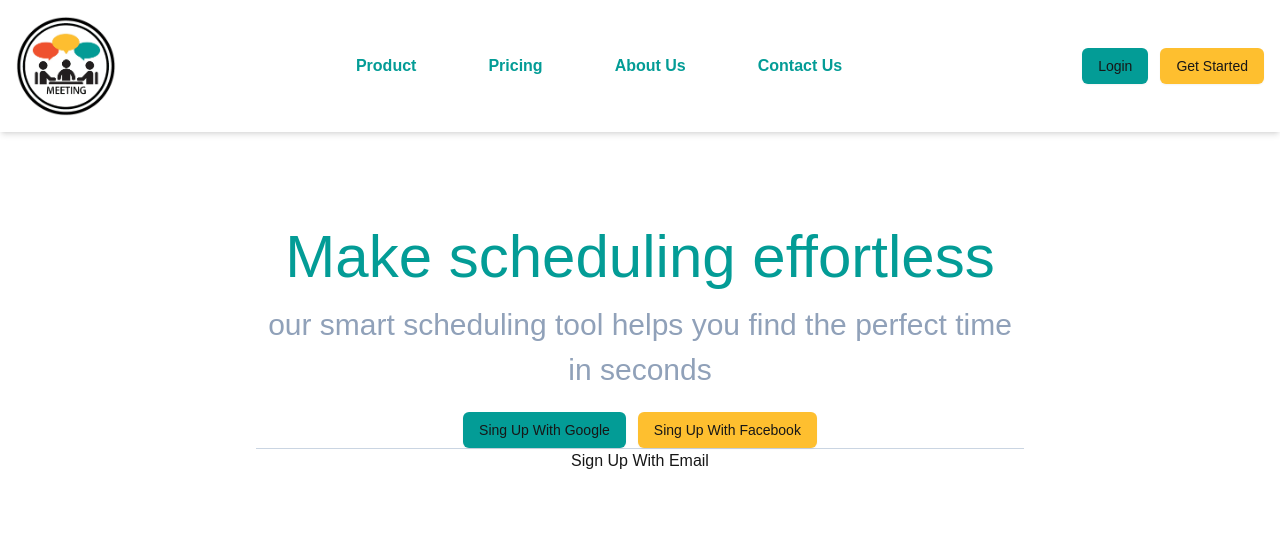
Repository: walaa-horani/scheduleMeetingNextjs
Page: /
The author's editor kept a copy of each file at every save. The page is drawn from the files as they stood at one save, then again after the next save.
The browser window is 1280 px wide. The pictures show the whole page.
The project was rebuilt for these pictures with package versions that can differ from the ones it lists, and the page was loaded fresh each time. The framework's server and built-in components were replaced by stand-ins that run in the browser. Also part of the build but not shown: next.config.mjs.

Above is the page before, as saved 2025-05-21 22:35:07.

After the next save:
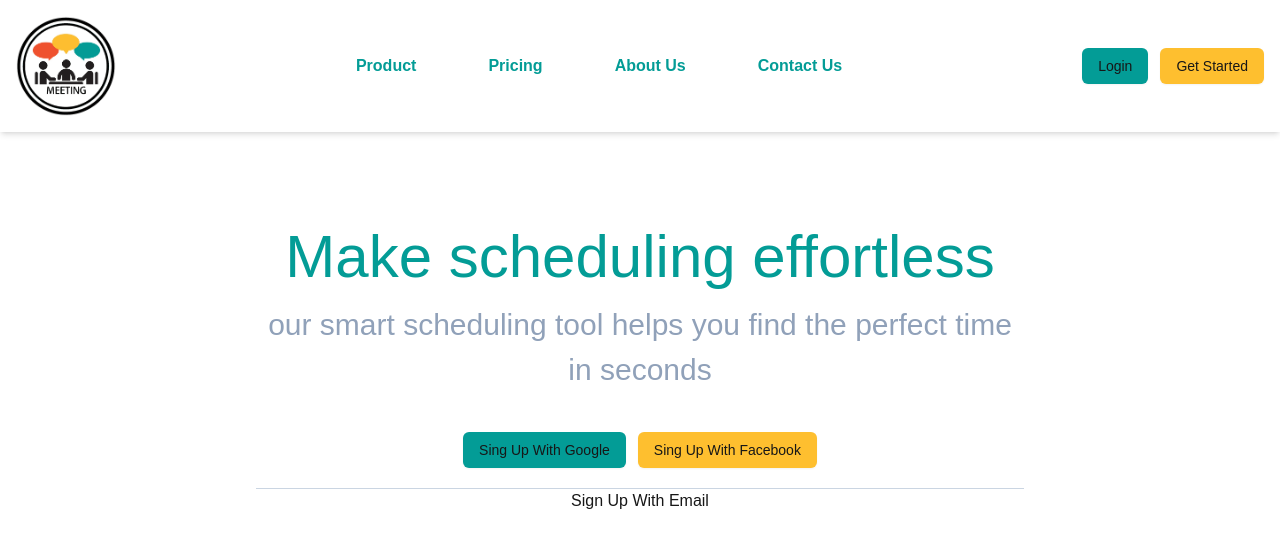
Saved 6 s later.
--- a/app/_components/Header.js
+++ b/app/_components/Header.js
@@ -26,7 +26,7 @@
           <h1 className='text-[30px] text-slate-400'> our smart scheduling tool helps you find the perfect time in seconds </h1>
 
 
-            <div className='mt-5 '>
+            <div className='mt-5 p-5'>
                 <Button className="bg-[#039C96] mr-3 cursor-pointer">Sing Up With Google</Button>
                  <Button className="bg-[#FEBF2F] cursor-pointer">Sing Up With Facebook</Button>
             </div>
